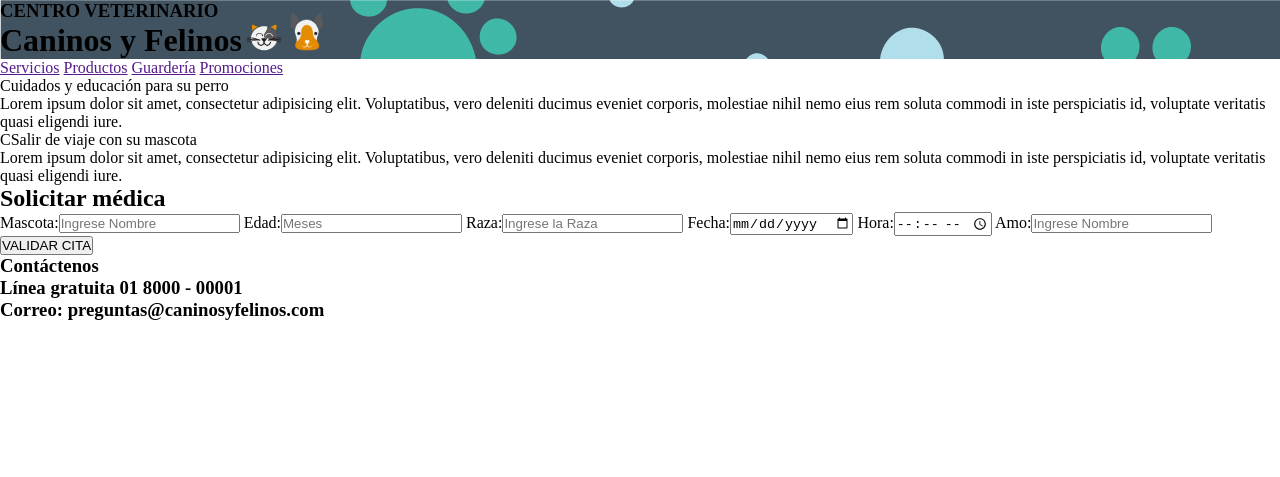
Repository: mariomr87/senaweb01
Page: principal.html
The author's editor kept a copy of each file at every save. The page is drawn from the files as they stood at one save, then again after the next save.
The browser window is 1280 px wide. The pictures show the whole page.

Above is the page before, as saved 2021-09-26 19:48:13.

### principal.html
<!DOCTYPE html>
<html lang="en">
<head>
    <meta charset="UTF-8">
    <meta http-equiv="X-UA-Compatible" content="IE=edge">
    <meta name="viewport" content="width=device-width, initial-scale=1.0">
    <link rel="stylesheet" href="estilos.css">
    <title>Document</title>
</head>
<body>
    <div>
        <header>
            <div id="cabecera">
                <div class="header-text">
                    <h3>CENTRO VETERINARIO</h3>
                    <h1>Caninos y Felinos</h1>
                </div>
                <div class="header-text">
                    <img src="./imagenes/cat_white.png" alt="">
                    <img src="./imagenes/dog_white.png" alt="">
                </div>
            </div>
        </header>
        <nav>
            <td>
                <tr><a href="">Servicios</a></tr>
                <tr><a href="">Productos</a></tr>
                <tr><a href="">Guardería</a></tr>
                <tr><a href="">Promociones</a></tr>
            </td>
        </nav>
        <section>
            <article>
                <p>Cuidados y educación para su perro</p>
                <p>Lorem ipsum dolor sit amet, consectetur adipisicing elit. Voluptatibus, vero deleniti ducimus eveniet corporis, molestiae nihil nemo eius rem soluta commodi in iste perspiciatis id, voluptate veritatis quasi eligendi iure.</p>
            </article>
            <article>
                <p>CSalir de viaje con su mascota</p>
                <p>Lorem ipsum dolor sit amet, consectetur adipisicing elit. Voluptatibus, vero deleniti ducimus eveniet corporis, molestiae nihil nemo eius rem soluta commodi in iste perspiciatis id, voluptate veritatis quasi eligendi iure.</p>
            </article>
        </section>
        <aside>
            <form action="">
                <div><h2>Solicitar médica</h2></div>
                <div>
                    <label for="mascota_name">Mascota:</label><input type="text" placeholder="Ingrese Nombre" id="">
                    <label for="age_pet">Edad:</label><input type="number" name="" id="" placeholder="Meses">
                    <label for="raza_pet">Raza:</label><input type="text" name="" id="" placeholder="Ingrese la Raza">
                    <label for="fecha_ingreso_pet">Fecha:</label><input type="date" name="" id="">
                    <label for="hora_ingreso_pet">Hora:</label><input type="time" name="" id="">
                    <label for="amo_pet">Amo:</label><input type="text" name="" id="" placeholder="Ingrese Nombre">
                    <button type="submit">VALIDAR CITA</button>
                </div>
            </form>
        </aside>
        <footer>
            <h3>Contáctenos</h3>
            <h3>Línea gratuita 01 8000 - 00001</h3>
            <h3>Correo: preguntas@caninosyfelinos.com</h3>
        </footer>
    </div>
</body>
</html>

### estilos.css
*{
    margin: 0px;
    padding: 0px;
}

header div img{
    width: 8%;
}

header{

}

#cabecera{
    background-image: url("./imagenes/OPSEG70.jpg");



}

.header-text{
    display: inline-block;
}

After the next save:
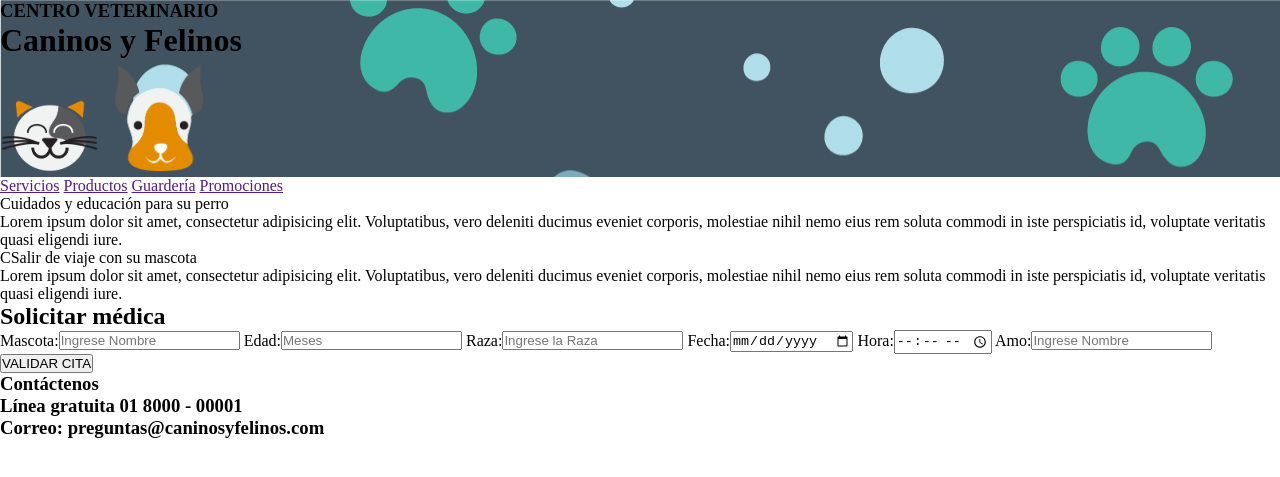
Saved 20 s later.
--- a/estilos.css
+++ b/estilos.css
@@ -13,11 +13,11 @@ header{
 
 #cabecera{
     background-image: url("./imagenes/OPSEG70.jpg");
-
-
+    background-repeat: initial;
+    width: 100%;
 
 }
 
 .header-text{
-    display: inline-block;
+
 }
